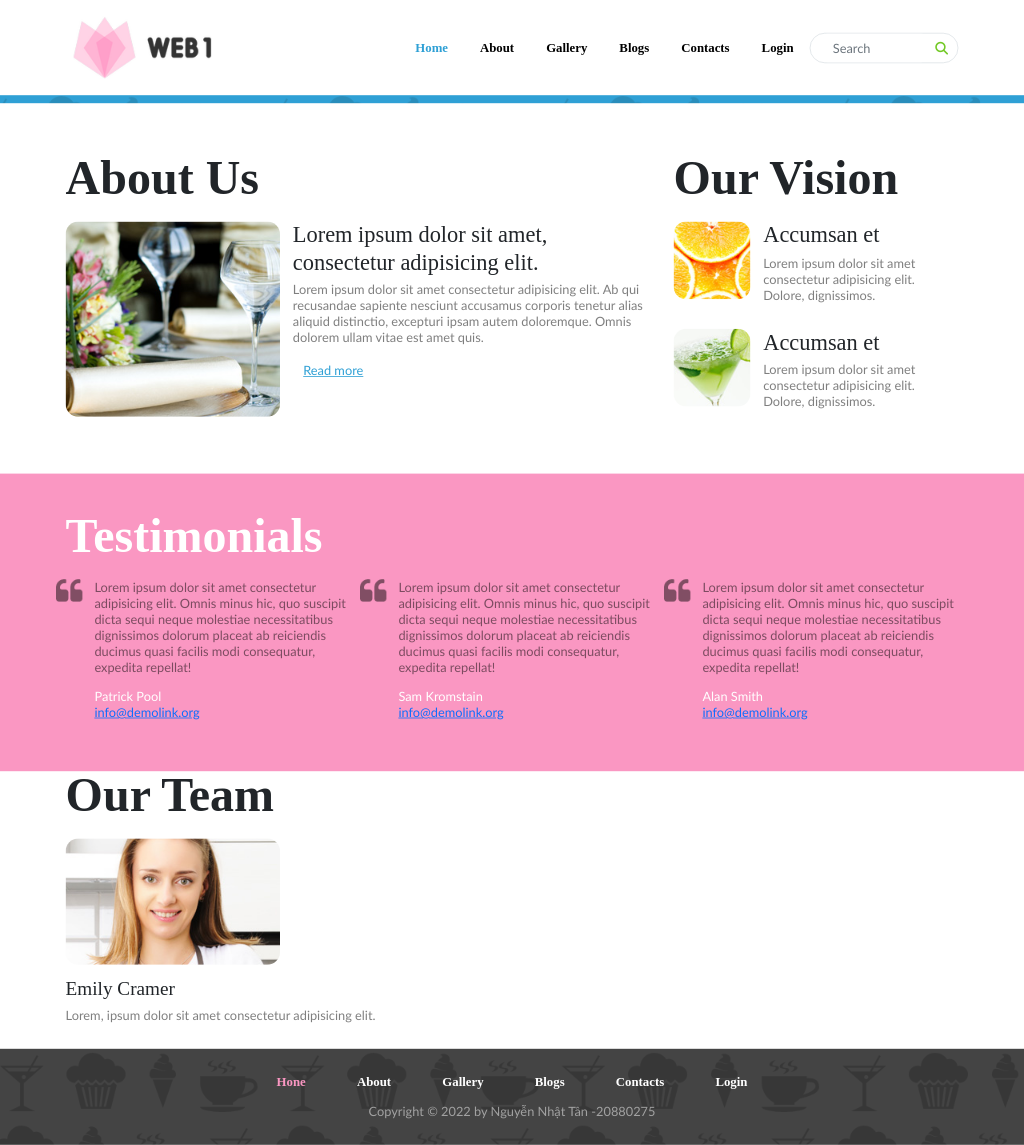
Repository: carembanhkem/web1-20880275
Page: about.html
An editor plug-in stored every save of this project. The page is shown before and after the next save, followed by the edit.
The browser window is 1280 px wide. The pictures show the whole page, at 80% of full size.
Some web fonts or font styles are not loaded; a fallback is used. Some web libraries are served in a nearby version.

Above is the page before, as saved 2023-02-06 11:39:23.
Console error: ReferenceError: bootstrap is not defined

### about.html
<!doctype html>
<html lang="en">

<head>
    <title>20880275 - Web1 Project</title>
    <!-- Required meta tags -->
    <meta charset="utf-8">
    <meta name="viewport" content="width=device-width, initial-scale=1, shrink-to-fit=no">
    <!-- Favicon-->
    <link rel="shortcut icon" href="images/favicon.ico" type="image/x-icon">
    <!-- FontAweSome-->
    <script src="https://kit.fontawesome.com/ee054dad92.js" crossorigin="anonymous"></script>
    <!-- Google Fonts -->
    <link rel="preconnect" href="https://fonts.googleapis.com">
    <link rel="preconnect" href="https://fonts.gstatic.com" crossorigin>
    <link href="https://fonts.googleapis.com/css2?family=Changa+One&display=swap" rel="stylesheet">
    <!-- Bootstrap CSS v5.2.1 -->
    <link href="https://cdn.jsdelivr.net/npm/bootstrap@5.2.1/dist/css/bootstrap.min.css" rel="stylesheet"
        integrity="sha384-iYQeCzEYFbKjA/T2uDLTpkwGzCiq6soy8tYaI1GyVh/UjpbCx/TYkiZhlZB6+fzT" crossorigin="anonymous">
    <link rel="stylesheet" href="css/20880275.css">
</head>

<body>
    <header class="container">
        <nav class="navbar navbar-expand-sm navbar-light">
            <a class="navbar-brand" href="#">
                <img src="images/logo.png" alt="Web1 Logo">
            </a>
            <button class="navbar-toggler d-lg-none" type="button" data-bs-toggle="collapse" data-bs-target="#menu-header" aria-controls="menu-header"
                aria-expanded="false" aria-label="Toggle navigation"></button>
            <div class="collapse navbar-collapse" id="menu-header">
                <ul class="navbar-nav ms-auto mt-2 mt-lg-0">
                    <li class="nav-item">
                        <a class="nav-link active" href="index.html" aria-current="page">Home <span class="visually-hidden">(current)</span></a>
                    </li>
                    <li class="nav-item">
                        <a class="nav-link" href="about.html">About</a>
                    </li>
                    <li class="nav-item">
                        <a class="nav-link" href="gallery.html">Gallery</a>
                    </li>
                    <li class="nav-item">
                        <a class="nav-link" href="blogs.html">Blogs</a>
                    </li>
                    <li class="nav-item">
                        <a class="nav-link" href="contact.html">Contacts</a>
                    </li>
                    <li class="nav-item">
                        <a class="nav-link" href="#" data-bs-toggle="modal" data-bs-target="#modalLogin">Login</a>
                    </li>
                </ul>
                <form class="d-flex my-2 my-lg-0 border rounded-pill" id="formSearch">
                    <input class="form-control border-0 ms-3" type="text" placeholder="Search">
                    <button class="btn my-2 my-sm-0 border-0" type="submit"><i class="fa-solid fa-magnifying-glass"></i></button>
                </form>
            </div>
        </nav>
    </header>

    <section id="banner-small">

    </section>

    <section class="container py-5">
        <div class="row">
            <div class="col-md-8">
                <h1 class="py-3">About Us</h1>
                <div>
                    <img src="images/about-1.jpg" alt="About us" class="float-start rounded-4 me-3">
                    <h3>Lorem ipsum dolor sit amet, consectetur adipisicing elit.</h3>
                    <p class="text-black-50">Lorem ipsum dolor sit amet consectetur adipisicing elit. Ab qui recusandae sapiente nesciunt accusamus corporis tenetur alias aliquid distinctio, excepturi ipsam autem doloremque. Omnis dolorem ullam vitae est amet quis.</p>
                    <a href="#" class="btn btn-link readmore">Read more</a>
                </div>
            </div>
            <div class="col-md-4 col-sm-12">
                <h1 class="py-3">Our Vision</h1>
                <div class="clearfix mb-3">
                    <img src="images/vision/vision-1.jpg" alt="vision1" class="float-start me-3 rounded-4">
                    <h3>Accumsan et</h3>
                    <p class="text-black-50">Lorem ipsum dolor sit amet consectetur adipisicing elit. Dolore, dignissimos.</p>
                </div>
                <div class="clearfix mb-3">
                    <img src="images/vision/vision-2.jpg" alt="vision1" class="float-start me-3 rounded-4">
                    <h3>Accumsan et</h3>
                    <p class="text-black-50">Lorem ipsum dolor sit amet consectetur adipisicing elit. Dolore, dignissimos.</p>
                </div>
            </div>
        </div>
    </section>
    <!-- Testimonials-->
    <section class="container-fluid py-5" id="testimonials">
        <div class="container">
            <h1 class="text-white">Testimonials</h1>
            <div class="row py-3">
                <div class="col">
                    <p class="text-black-50">Lorem ipsum dolor sit amet consectetur adipisicing elit. Omnis minus hic, quo suscipit dicta sequi neque molestiae necessitatibus dignissimos dolorum placeat ab reiciendis ducimus quasi facilis modi consequatur, expedita repellat!</p>
                    <span class="text-white">Patrick Pool</span><br>
                    <a href="#">info@demolink.org</a>
                </div>
                <div class="col">
                    <p class="text-black-50">Lorem ipsum dolor sit amet consectetur adipisicing elit. Omnis minus hic, quo suscipit dicta sequi neque molestiae necessitatibus dignissimos dolorum placeat ab reiciendis ducimus quasi facilis modi consequatur, expedita repellat!</p>
                    <span class="text-white">Sam Kromstain</span><br>
                    <a href="#">info@demolink.org</a>
                </div>
                <div class="col">
                    <p class="text-black-50">Lorem ipsum dolor sit amet consectetur adipisicing elit. Omnis minus hic, quo suscipit dicta sequi neque molestiae necessitatibus dignissimos dolorum placeat ab reiciendis ducimus quasi facilis modi consequatur, expedita repellat!</p>
                    <span class="text-white">Alan Smith</span><br>
                    <a href="#">info@demolink.org</a>
                </div>
            </div>
        </div>
    </section>

    <!-- Our Team-->
    <section id="our-team" class="container">
        <div class="row">
            <h1>Our Team</h1>
            <div class="row py-3">
                <div class="col">
                    <img src="images/our-team/team-1.jpg" alt="team-1" class="rounded-4 mb-3 img-fluid"><!--img-fluid de hinh khong bi tran cot-->
                    <h4>Emily Cramer</h4>
                    <p class="text-black-50">Lorem, ipsum dolor sit amet consectetur adipisicing elit.</p>
                </div>
            </div>
        </div>
    </section>
    <!-- Footer -->
    <footer class="text-center container-fluid text-white py-3">
        <ul class="nav justify-content-center py-3" id="menu-footer">
            <li class="nav-item">
                <a class="nav-link active" href="#" aria-current="page">Hone</a>
            </li>
            <li class="nav-item">
                <a class="nav-link" href="about.html">About</a>
            </li>
            <li class="nav-item">
                <a class="nav-link" href="gallery.html">Gallery</a>
            </li>
            <li class="nav-item">
                <a class="nav-link" href="blogs.html">Blogs</a>
            </li>
            <li class="nav-item">
                <a class="nav-link" href="contact.html">Contacts</a>
            </li>
            <li class="nav-item">
                <a class="nav-link" href="#" data-bs-toggle="modal" data-bs-target="#modalLogin">Login</a>
            </li>
        </ul>
        <p class="text-white-50">Copyright &copy; 2022 by  Nguyễn Nhật Tân -20880275</p>
    </footer>

    <!-- Modal Body -->
    <!-- if you want to close by clicking outside the modal, delete the last endpoint:data-bs-backdrop and data-bs-keyboard -->
    <div class="modal fade" id="modalLogin" tabindex="-1" data-bs-backdrop="static" data-bs-keyboard="false" role="dialog" aria-labelledby="modalTitleId" aria-hidden="true">
        <div class="modal-dialog modal-dialog-scrollable modal-dialog-centered modal-sm" role="document">
            <div class="modal-content">
                <div class="modal-header">
                    <button type="button" class="btn-close" data-bs-dismiss="modal" aria-label="Close"></button>
                </div>
                <div class="modal-body">
                    <form action="#" method="post" id="formLogin">
                        <h3 class="text-center">Login Form</h3>
                        <div class="mb-3">
                            <input type="text" name="username" id="username" placeholder="Username" class="form-control">
                        </div>
                        <div class="mb-3">
                            <input type="password" name="password" id="password" placeholder="Password" class="form-control">
                        </div>
                        <button type="submit" class="form-control btn">Login</button>
                    </form>
                </div>
                <div class="modal-footer">

                </div>
            </div>
        </div>
    </div>


    <!-- Optional: Place to the bottom of scripts -->
    <script>
        const myModal = new bootstrap.Modal(document.getElementById('modalLogin'), options)

    </script>

    <!-- Boostrap JavaScript Libraries -->
    <script src="https://cdn.jsdelivr.net/npm/@popperjs/core@2.11.6/dist/umd/popper.min.js"
        integrity="sha384-oBqDVmMz9ATKxIep9tiCxS/Z9fNfEXiDAYTujMAeBAsjFuCZSmKbSSUnQlmh/jp3" crossorigin="anonymous">
    </script>

    <script src="https://cdn.jsdelivr.net/npm/bootstrap@5.2.1/dist/js/bootstrap.min.js"
        integrity="sha384-7VPbUDkoPSGFnVtYi0QogXtr74QeVeeIs99Qfg5YCF+TidwNdjvaKZX19NZ/e6oz" crossorigin="anonymous">
    </script>
</body>

</html>

### css/20880275.css
:root {
    --web1-pink: #FA97C2;
    --web1-blue: #2FA0D5;
    --web1-green: #73C926;
}

body {
    font-family: 'Trebuchet MS', Arial, Helvetica, sans-serif;
    font-size: 16px;
    line-height: 20px;
}

h1, h2, h3, h4 {
    font-family: 'Changa One', cursive;
    font-weight: 400;
}

h1 {
    font-size: 60px;
    line-height: 60px;
    font-weight: 900;
}

/* Header */
#menu-header a {
    display: block;
    padding: 0 1.25rem;
    font-weight: bold;
    color: black;
    font-family: 'Changa One', cursive;
}
#menu-header a.active {
    color: var(--web1-blue);
}

#formSearch input {
    width: 8rem;
}

#formSearch i {
    color: var(--web1-green);
}

/* Banner */
#banner {
    background-image: url('../images/bg-banner.gif');
}

#banner > div {
    background: url('../images/logo_bg.png') left top no-repeat, url('../images/search_bg.png') right top no-repeat;
    padding: 5rem 0  3rem 0;
}

#banner a {
    background-color: var(--web1-pink);
    font-family: 'Changa One', cursive;
    font-size: 2rem;
}

#banner .carousel-item {
    min-height: 15rem; /*Do chieu cao khong co dinh nen minheight bang cai lon nhat de ko bi xe dich*/
}

#banner .carousel-indicators li {
    width: 1.2rem;
    height: 1.2rem;
    border-radius: 1.2rem; /* de no thanh hinh tron*/
    border: none; /* de no thanh hinh tron vi width = height = border radius*/
    margin: 0 0.25rem;
    position: relative;
}

#banner .carousel-indicators li span {
    position: absolute;
    top: 0.3rem;
    left: 0.3rem;
    width: 0.6rem;
    height: 0.6rem;
    border-radius: 0.6rem;
    border: none;
    text-align:left;
    text-indent: -9999px;
}

#banner .carousel-indicators li.active span{
    background-color: var(--web1-green);
}

/* banner small */
#banner-small {
    background-image: url(../images/bg-banner.gif);
    padding: 5px;
}

/* products */
.readmore {
    color: var(--web1-blue);
    margin-top: -4px;
}

.web1-text-blue {
    color: var(--web1-blue);
}

/* about us */
#aboutus {
    background-color: var(--web1-pink);
}
/* Testimonials */
#testimonials {
    background-color: var(--web1-pink);
}
#testimonials .col {
    background: url("../images/quot.png") left top no-repeat;
    padding-left: 3rem;
}

#formSignUp {
    border-style: dashed !important;
    border-color: rgba(0,0,0,0.5) !important;
}

/* news */
#news .date {
    background-color: var(--web1-green);
    width: 6rem;
    padding: 1.5rem;
}

/* Footer*/
footer {
    background-image: url('../images/bg-footer.gif');
}

#menu-footer a {
    color: white;
    font-weight: bold;
    font-family: 'Changa One', cursive;
    display: block;
    padding: 0 2rem;
}

#menu-footer a.active {
    color: var(--web1-pink);
}

/* Modal Login*/
#formLogin button[type="submit"]{
    background-color: var(--web1-blue);
    color: white;
}

After the next save:
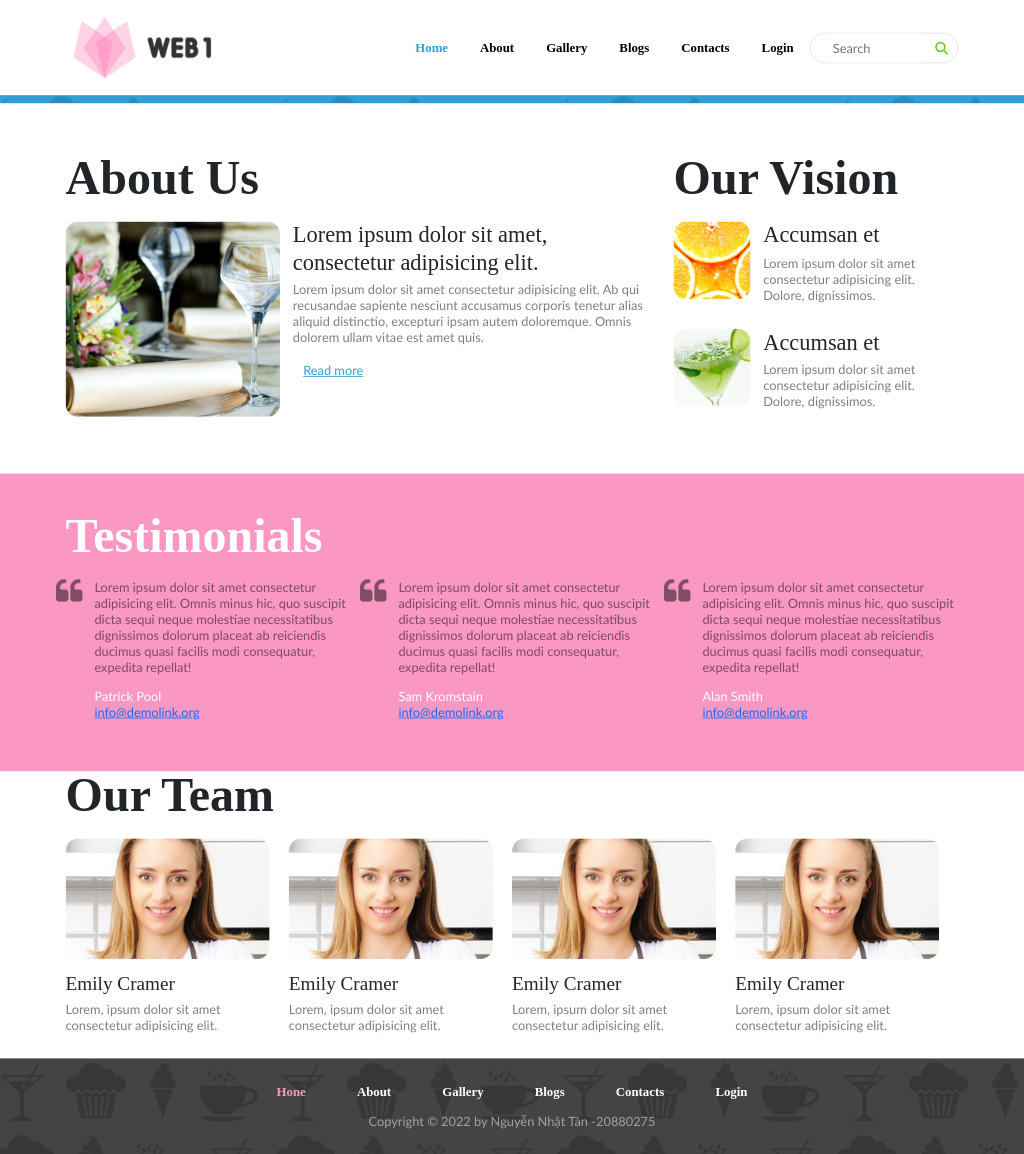
Saved 7 s later.
--- a/about.html
+++ b/about.html
@@ -121,6 +121,21 @@
                     <h4>Emily Cramer</h4>
                     <p class="text-black-50">Lorem, ipsum dolor sit amet consectetur adipisicing elit.</p>
                 </div>
+                <div class="col">
+                    <img src="images/our-team/team-1.jpg" alt="team-1" class="rounded-4 mb-3 img-fluid"><!--img-fluid de hinh khong bi tran cot-->
+                    <h4>Emily Cramer</h4>
+                    <p class="text-black-50">Lorem, ipsum dolor sit amet consectetur adipisicing elit.</p>
+                </div>
+                <div class="col">
+                    <img src="images/our-team/team-1.jpg" alt="team-1" class="rounded-4 mb-3 img-fluid"><!--img-fluid de hinh khong bi tran cot-->
+                    <h4>Emily Cramer</h4>
+                    <p class="text-black-50">Lorem, ipsum dolor sit amet consectetur adipisicing elit.</p>
+                </div>
+                <div class="col">
+                    <img src="images/our-team/team-1.jpg" alt="team-1" class="rounded-4 mb-3 img-fluid"><!--img-fluid de hinh khong bi tran cot-->
+                    <h4>Emily Cramer</h4>
+                    <p class="text-black-50">Lorem, ipsum dolor sit amet consectetur adipisicing elit.</p>
+                </div>
             </div>
         </div>
     </section>
